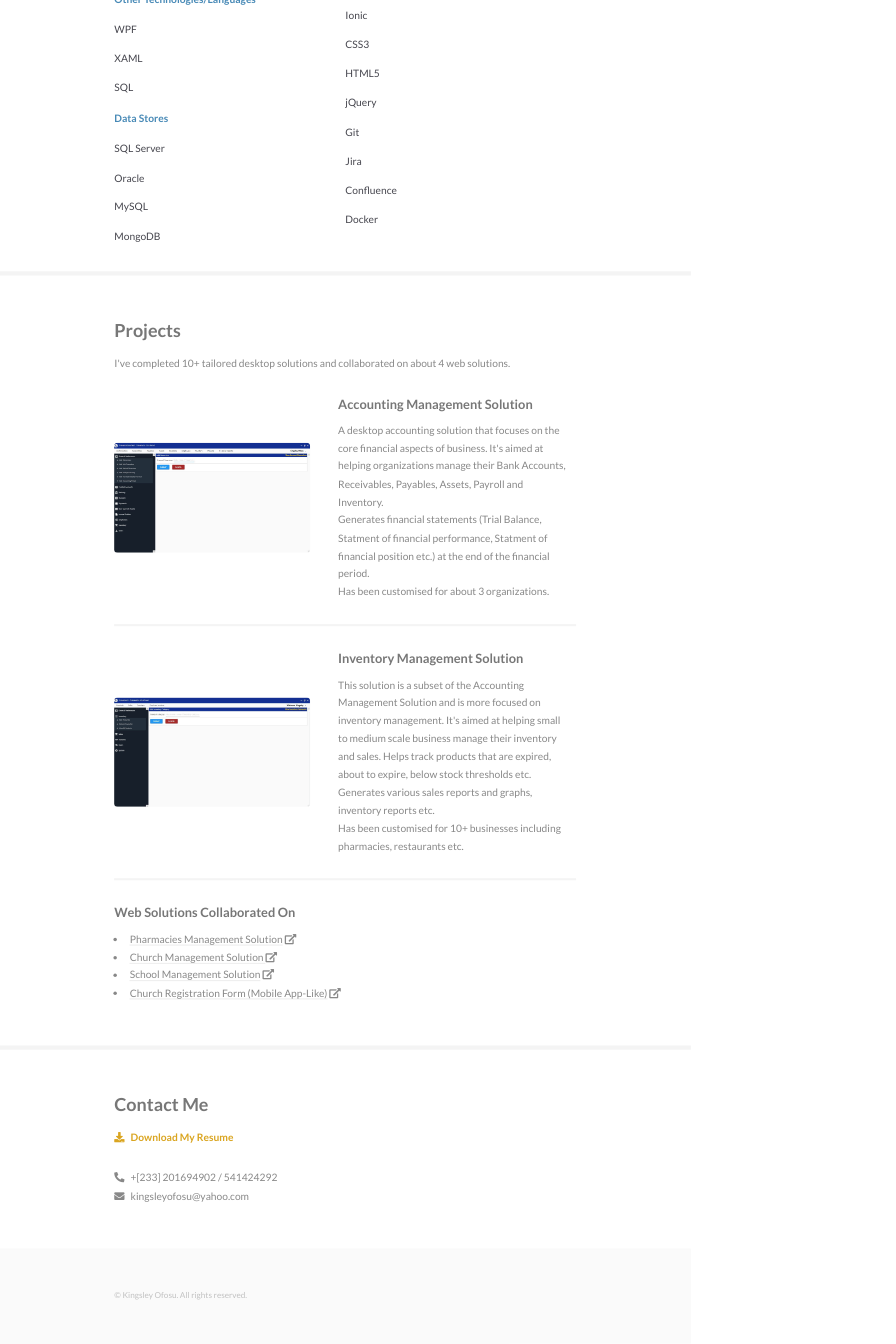
Repository: KOfosu/kingsleyofosu
Page: index.html
An editor plug-in stored every save of this project. The page is shown before and after the next save, followed by the edit.
The browser window is 1280 px wide. The pictures show the part of the page from y = 1011 to 2931 px (the page is 2931 px tall before and 2905 px after), at 70% of full size.

Above is the page before, as saved 2020-06-08 16:28:58.

### index.html
<!DOCTYPE HTML>
<html lang="en">

<head>
	<title>Kingsley Ofosu</title>
	<meta charset="utf-8" />
	<meta name="viewport" content="width=device-width, initial-scale=1" />
	<meta name="keywords" content="Software Developer, Kingsley, Ofosu, Kingsley Ofosu" />
	<meta name="description" content="Software Developer, Kingsley, Ofosu, Kingsley Ofosu" />
	<link rel="icon" href="images/favicon.ico">
	<link rel="stylesheet" href="assets/css/main.css" />
</head>

<body class="is-preload">

	<!-- Header -->
	<section id="header">
		<header>
			<span class="image avatar"><img src="images/profile-pic.jpg" alt="" /></span>
			<h1 id="logo"><a href="#about">Kingsley Ofosu</a></h1>
			<p>Web/Desktop Developer<br /></p>
		</header>
		<nav id="nav">
			<ul>
				<li><a href="#about" class="active">About</a></li>
				<li><a href="#skills">Skills</a></li>
				<li><a href="#portfolio">Portfolio</a></li>
				<li><a href="#contact">Contact</a></li>

			</ul>
		</nav>
		<footer>
			<ul class="icons">
				<li><a target="_blank" rel="noopener" href="https://www.linkedin.com/in/kingsleyofosu/"
						class="icon brands fa-linkedin"><span class="label">LinkedIn</span></a></li>
				<li><a target="_blank" rel="noopener" href="https://github.com/KOfosu/"
						class="icon brands fa-github"><span class="label">Github</span></a></li>
				<li><a target="_blank" rel="noopener" href="https://twitter.com/kingsleyofosu_/"
						class="icon brands fa-twitter"><span class="label">Twitter</span></a></li>
				<li><a target="_blank" rel="noopener" href="mailto:kingsleyofosu@yahoo.com"
						class="icon solid fa-envelope"><span class="label">Email</span></a></li>
			</ul>
		</footer>
	</section>

	<!-- Wrapper -->
	<div id="wrapper">

		<!-- Main -->
		<div id="main">

			<!-- One -->
			<!-- ******************************** About Me -->
			<section id="about">
				<div class="image main" data-position="center">
					<img src="images/banner.jpg" alt="Profile picture" />
				</div>
				<div class="container">
					<header class="major">
						<h2>Who is Kingsley?</h2>
						<p>A results-driven Software Developer<br />
							with a passion for devising tailored solutions.</p>
					</header>
					<p>I've developed solutions for enterprise clients such as Golden Mainland
						Ghana Limited, UTON Engineering and Ghana National Fire Service Welfare Scheme,
						as well as other reputable businesses.
						I specialize in building tailored applications/solutions meeting the business needs of my
						clients.
					</p>

				</div>
			</section>


			<!-- ******************************* Skills  -->
			<!-- Two -->
			<section id="skills">
				<div class="container">
					<h3>What I Know And Can Work With</h3>
					<div class="skills-list">
						<div class="skills-table-one">
							<table>
								<tr>
									<td class="headings">Programming Languages</td>
								</tr>
								<tr>
									<td>JavaScript</td>
									<td>
										<!-- <i class="fas fa-star"><i class="fas fa-star"><i class="fas fa-star"><i -->
										<!-- class="fas fa-star"><i class="far fa-star"> -->
									<td>
								</tr>
								<tr>
									<td>C#</td>
									<td>
										<!-- <i class="fas fa-star"><i class="fas fa-star"><i class="fas fa-star"><i -->
										<!-- class="fas fa-star"><i class="far fa-star"> -->
									<td>
								</tr>
								<tr>
									<td>VB.Net</td>
									<td>
										<!-- <i class="fas fa-star"><i class="fas fa-star"><i class="fas fa-star"><i -->
										<!-- class="fas fa-star"><i class="far fa-star"> -->
									<td>
								</tr>

								<tr>
									<td class="headings">Other Technologies/Languages</td>
								</tr>
								<tr>
									<td>WPF</td>
									<td>
										<!-- <i class="fas fa-star"><i class="fas fa-star"><i class="fas fa-star"><i -->
										<!-- class="fas fa-star"><i class="fas fa-star"> -->
									<td>
								</tr>
								<tr>
									<td>XAML</td>
									<td>
										<!-- <i class="fas fa-star"><i class="fas fa-star"><i class="fas fa-star"><i -->
										<!-- class="fas fa-star"><i class="far fa-star"> -->
									<td>
								</tr>
								<tr>
									<td>SQL</td>
									<td>
										<!-- <i class="fas fa-star"><i class="fas fa-star"><i class="fas fa-star"><i -->
										<!-- class="fas fa-star"><i class="far fa-star"> -->
									<td>
								</tr>
								<tr>
									<td class="headings">Data Stores</td>
								</tr>
								<tr>
									<td>SQL Server</td>
									<td>
										<!-- <i class="fas fa-star"><i class="fas fa-star"><i class="fas fa-star"><i -->
										<!-- class="fas fa-star"><i class="far fa-star"> -->
									<td>
								</tr>
								<tr>
									<td>Oracle</td>
									<td>
										<!-- <i class="fas fa-star"><i class="fas fa-star"><i class="fas fa-star"><i -->
										<!-- class="fas fa-star"><i class="far fa-star"> -->
									<td>
								</tr>
								<tr>
									<td>MySQL</td>
									<td>
										<!-- <i class="fas fa-star"><i class="fas fa-star"><i class="fas fa-star"><i -->
										<!-- class="fas fa-star"><i class="far fa-star"> -->
									<td>
								</tr>
								<tr>
									<td>MongoDB</td>
									<td>
										<!-- <i class="fas fa-star"><i class="fas fa-star"><i class="fas fa-star"><i -->
										<!-- class="fas fa-star"><i class="far fa-star"> -->
									<td>
								</tr>
							</table>
						</div>

						<div class="skills-table-two">
							<table>
								<tr>
									<td class="headings">Web Frameworks &amp; Technologies/Tools</td>
								</tr>

								<tr>
									<td>Node.js</td>
									<td>
										<!-- <i class="fas fa-star"><i class="fas fa-star"><i class="fas fa-star"><i -->
										<!-- class="fas fa-star"><i class="far fa-star"> -->
									<td>
								</tr>
								<tr>
									<td>Express.js</td>
									<td>
										<!-- <i class="fas fa-star"><i class="fas fa-star"><i class="fas fa-star"><i -->
										<!-- class="fas fa-star"><i class="far fa-star"> -->
									<td>
								</tr>
								<tr>
									<td>Angular</td>
									<td>
										<!-- <i class="fas fa-star"><i class="fas fa-star"><i class="fas fa-star"><i -->
										<!-- class="far fa-star"><i class="far fa-star"> -->
									<td>
								</tr>
								<tr>
									<td>Ionic</td>
									<td>
										<!-- <i class="fas fa-star"><i class="fas fa-star"><i class="fas fa-star"><i -->
										<!-- class="far fa-star"><i class="far fa-star"> -->
									<td>
								</tr>
								<tr>
									<td>CSS3</td>
									<td>
										<!-- <i class="fas fa-star"><i class="fas fa-star"><i class="fas fa-star"><i -->
										<!-- class="far fa-star"><i class="far fa-star"> -->
									<td>
								</tr>
								<tr>
									<td>HTML5</td>
									<td>
										<!-- <i class="fas fa-star"><i class="fas fa-star"><i class="fas fa-star"><i -->
										<!-- class="fas fa-star"><i class="far fa-star"> -->
									<td>
								</tr>
								<!-- <tr>
									<td>React</td>
									<td><i class="fas fa-star"><i class="fas fa-star"><i class="far fa-star"><i class="far fa-star"><i class="far fa-star"><td>
								</tr> -->

								<tr>
									<td>jQuery</td>
									<td>
										<!-- <i class="fas fa-star"><i class="fas fa-star"><i class="fas fa-star"><i -->
										<!-- class="far fa-star"><i class="far fa-star"> -->
									<td>
								</tr>
								<tr>
									<td>Git</td>
									<td>
										<!-- <i class="fas fa-star"><i class="fas fa-star"><i class="fas fa-star"><i -->
										<!-- class="fas fa-star"><i class="far fa-star"> -->
									<td>
								</tr>
								<tr>
									<td>Jira</td>
									<td>
										<!-- <i class="fas fa-star"><i class="fas fa-star"><i class="fas fa-star"><i -->
										<!-- class="fas fa-star"><i class="far fa-star"> -->
									<td>
								</tr>
								<tr>
									<td>Confluence</td>
									<td>
										<!-- <i class="fas fa-star"><i class="fas fa-star"><i class="fas fa-star"><i -->
										<!-- class="fas fa-star"><i class="far fa-star"> -->
									<td>
								</tr>
								<tr>
									<td>Docker</td>
									<td>
										<!-- <i class="fas fa-star"><i class="fas fa-star"><i class="fas fa-star"><i -->
										<!-- class="fas fa-star"><i class="far fa-star"> -->
									<td>
								</tr>
							</table>
						</div>
					</div>
				</div>
			</section>

			<!-- ***************************** Projects -->
			<!-- Three -->
			<section id="portfolio">
				<div class="container">
					<h3>Projects</h3>
					<p>I've completed 10+ tailored desktop solutions and collaborated on about 4 web solutions.</p>
					<div class="features">
						<article>
							<a href="images/thinkaccounting.JPG" target="_blank" rel="noopener" class="image"><img
									src="images/thinkaccounting.JPG" alt="Image of Accounting System Interface" /></a>
							<div class="inner">
								<h4>Accounting Management Solution</h4>
								<p>A desktop accounting solution that focuses on the core financial aspects of business.
									It's aimed at helping organizations manage their Bank Accounts, Receivables,
									Payables, Assets, Payroll and Inventory. <br>
									Generates financial statements (Trial Balance, Statment of financial performance,
									Statment of financial position etc.)
									at the end of the financial period. <br>
									Has been customised for about 3 organizations.
								</p>
							</div>
						</article>
						<article>
							<a href="images/thinksales.JPG" target="_blank" rel="noopener" class="image"><img
									src="images/thinksales.JPG" alt="Image of inventory System Interface" /></a>
							<div class="inner">
								<h4>Inventory Management Solution</h4>
								<p>This solution is a subset of the Accounting Management Solution and is more focused
									on inventory management.
									It's aimed at helping small to medium scale business manage their inventory and
									sales.
									Helps track products that are expired, about to expire, below stock thresholds etc.
									<br>
									Generates various sales reports and graphs, inventory reports etc. <br>
									Has been customised for 10+ businesses including pharmacies, restaurants etc.
								</p>
							</div>
						</article>
						<article>
							<div class="inner web">
								<h4>Web Solutions Collaborated On</h4>
								<ul>
									<li><a target="_blank" rel="noopener"
											href="https://www.medrxapp.thinkwell.app">Pharmacies
											Management Solution</a> <span
											class="icon solid fa-external-link-alt"></span></li>
									<li><a target="_blank" rel="noopener"
											href="https://www.thinkchurch.thinkwell.app">Church
											Management Solution </a><span
											class="icon solid fa-external-link-alt"></span></li>
									<li><a target="_blank" rel="noopener" href="https://www.adesua.thinkwell.app">School
											Management
											Solution</a> <span class="icon solid fa-external-link-alt"></span></li>
									<li><a target="_blank" rel="noopener"
											href="https://kingdomadvanceoutreach.herokuapp.com/">Church Registration
											Form (Mobile App-Like)</a> <span
											class="icon solid fa-external-link-alt"></span></li>
								</ul>
							</div>
						</article>
					</div>
				</div>
			</section>
			<!-- ***************************** Contact -->
			<!-- Four -->
			<section id="contact">
				<div class="container">
					<h3>Contact Me</h3>
					<p><a href="./assets/resume.pdf" target="_blank" rel="noopener"
							class="icon solid fa-download download" download><span> &nbsp; Download My Resume</span></a>
					</p>
					<p><span class="icon solid fa-phone-alt"> &nbsp; +[233] 201694902 / 541424292 </span><br>
						<span class="icon solid fa-envelope"> &nbsp; kingsleyofosu@yahoo.com </span>
					</p>
				</div>
			</section>
		</div>

		<!-- Footer -->
		<section id="footer">
			<div class="container">
				<ul class="copyright">
					<li>&copy; Kingsley Ofosu. All rights reserved.</li>
				</ul>
			</div>
		</section>

	</div>

	<!-- Scripts -->
	<script src="assets/js/jquery.min.js"></script>
	<script src="assets/js/jquery.scrollex.min.js"></script>
	<script src="assets/js/jquery.scrolly.min.js"></script>
	<script src="assets/js/browser.min.js"></script>
	<script src="assets/js/breakpoints.min.js"></script>
	<script src="assets/js/util.js"></script>
	<script src="assets/js/main.js"></script>
</body>

</html>

Loaded but not shown: assets/css/fontawesome-all.min.css (library); assets/js/jquery.min.js (library); assets/js/jquery.scrollex.min.js (common file); assets/js/jquery.scrolly.min.js (common file); assets/js/browser.min.js (common file); assets/js/breakpoints.min.js (common file); assets/js/util.js (587 lines, source omitted); assets/js/main.js (159 lines, source omitted); assets/css/main.css (3580 lines, source omitted)

After the next save:
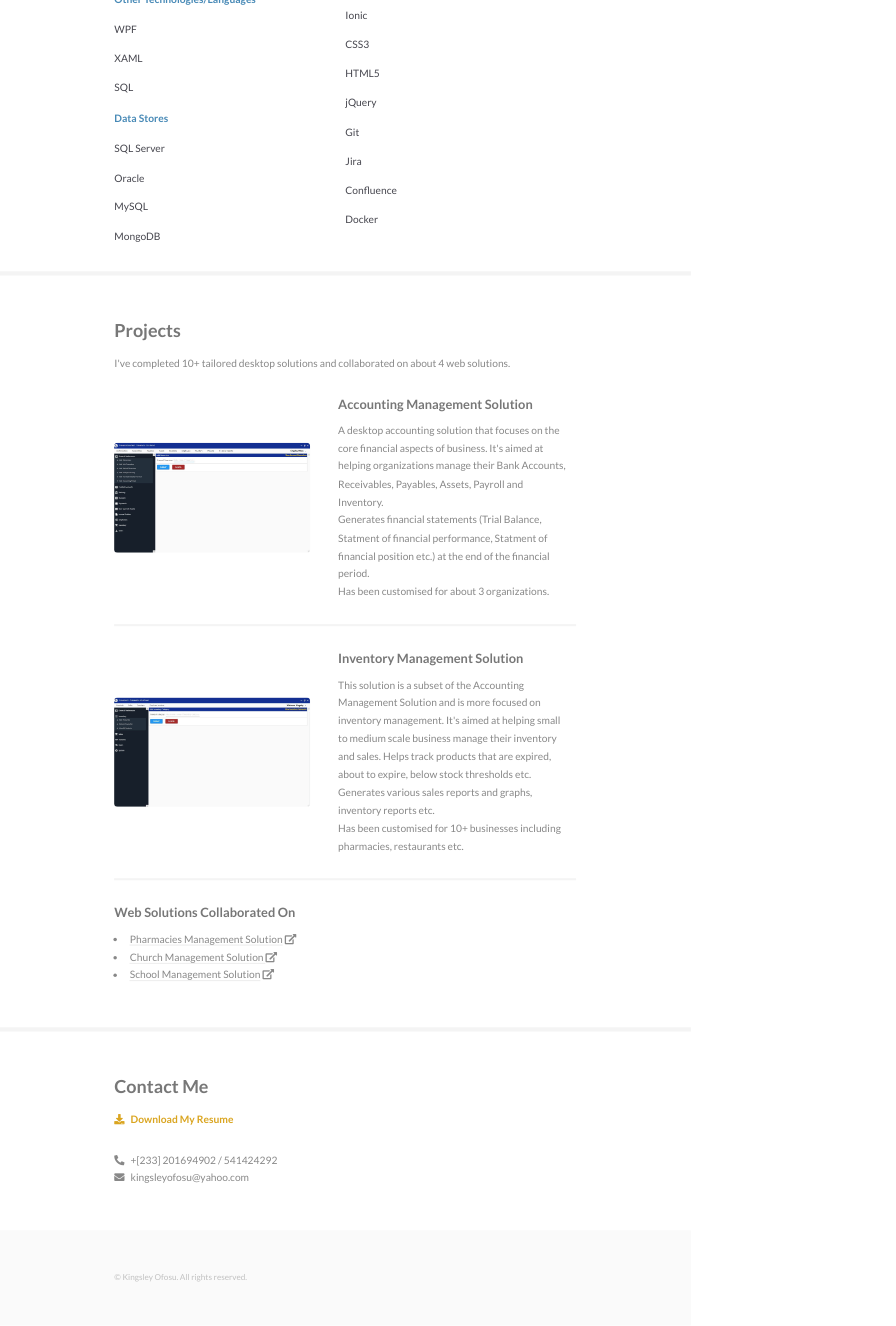
Saved 8 min 28 s later.
--- a/index.html
+++ b/index.html
@@ -310,10 +310,6 @@
 									<li><a target="_blank" rel="noopener" href="https://www.adesua.thinkwell.app">School
 											Management
 											Solution</a> <span class="icon solid fa-external-link-alt"></span></li>
-									<li><a target="_blank" rel="noopener"
-											href="https://kingdomadvanceoutreach.herokuapp.com/">Church Registration
-											Form (Mobile App-Like)</a> <span
-											class="icon solid fa-external-link-alt"></span></li>
 								</ul>
 							</div>
 						</article>
